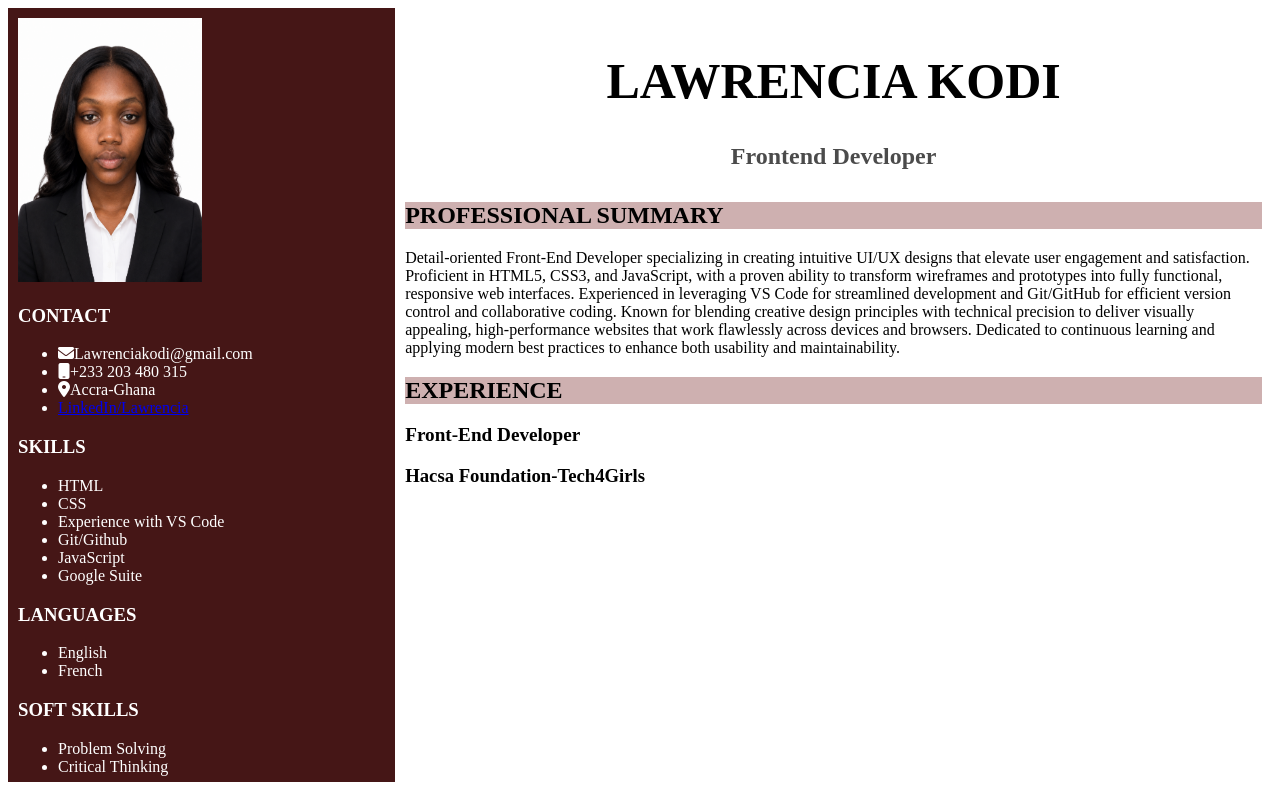
Repository: lawrencia-coder/T4G_CV
Page: index.html
These files come from the project's save history. The page is drawn as it stood at one moment and after a run of saves; the edit follows.
The browser window is 1280 px wide. The pictures show the whole page.
Some icons come from a web library that is not loaded, so they are not drawn. Some web libraries are served in a nearby version.

Above is the page before, as saved 2026-07-14 08:16:53.

After the next 5 saves:
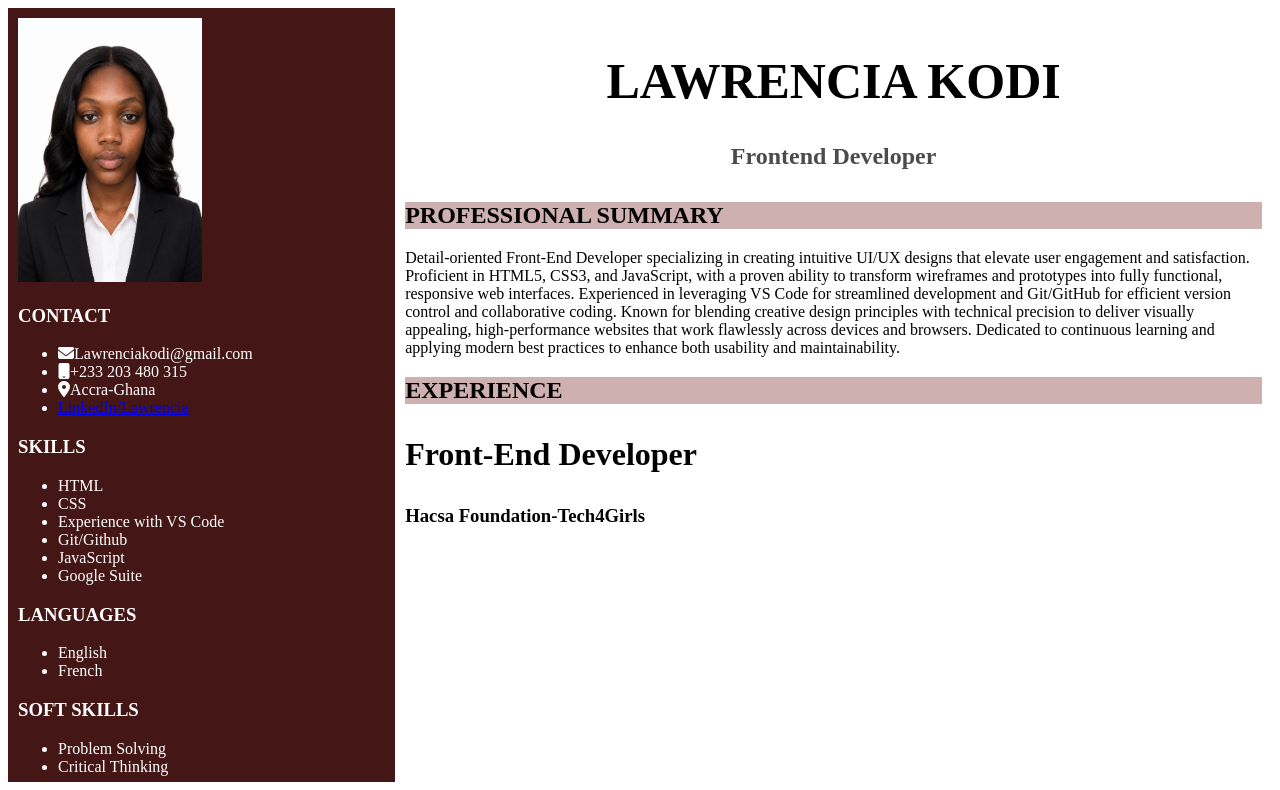
The 5 saves are shown as one change because they came seconds apart.
The last was saved 15 s later.
--- a/index.html
+++ b/index.html
@@ -62,7 +62,7 @@
                 </p>
 
                 <h2>EXPERIENCE</h2>
-                <h3 style="font-size: larger;">Front-End Developer</h3>
+                <h3 style="font-size: xx-large;">Front-End Developer</h3>
                 <h3>Hacsa Foundation-Tech4Girls</h3>
          </div>
     </div>
